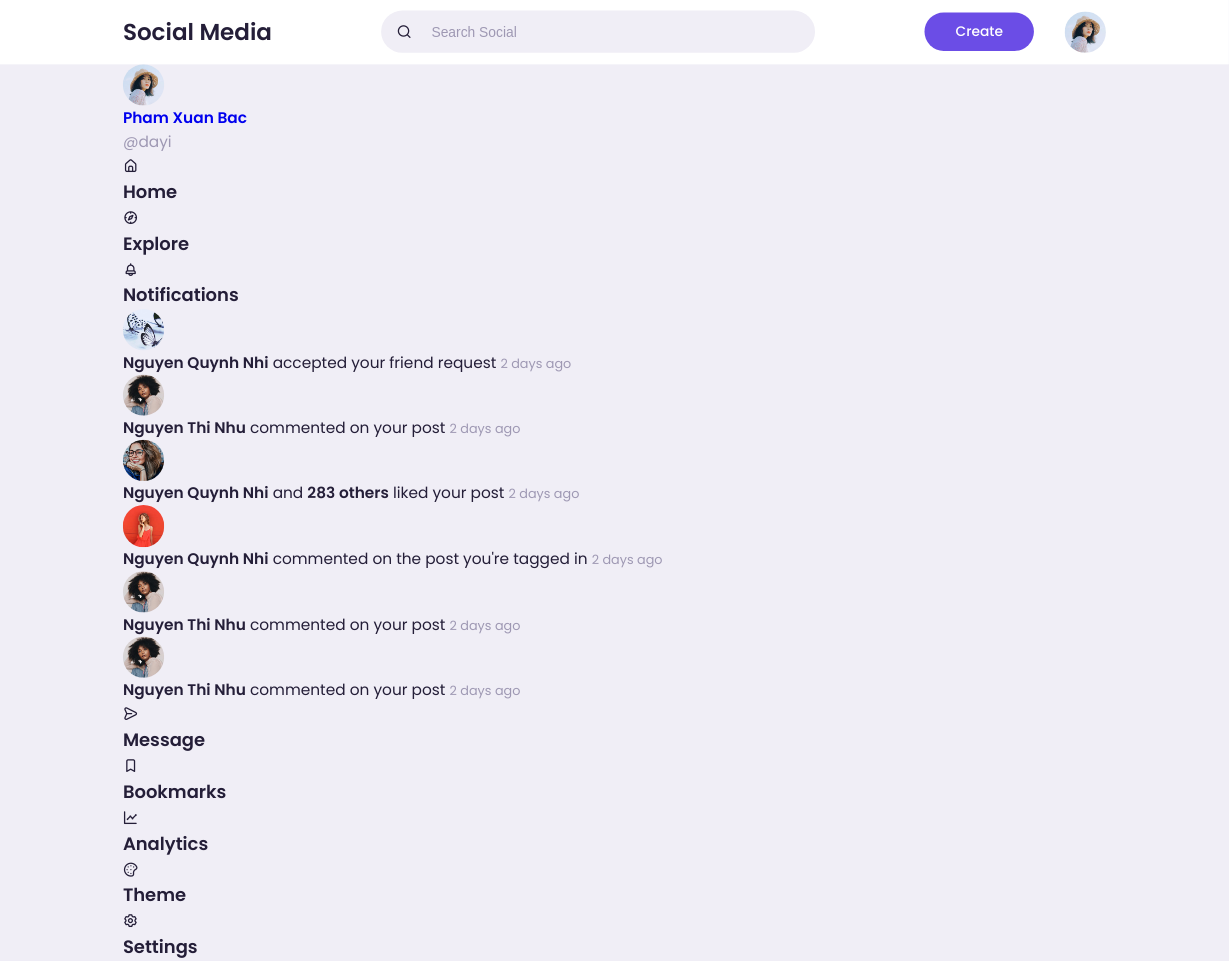
Repository: northpx/socialMedia
Page: index.html
An editor plug-in stored every save of this project. The page is shown before and after a run of saves, followed by the edit.
The browser window is 1280 px wide. The pictures show the whole page, at 96% of full size.

Above is the page before, as saved 2023-03-07 17:10:05.

### index.html
<!DOCTYPE html>
<html lang="en">
<head>
    <meta charset="UTF-8">
    <meta http-equiv="X-UA-Compatible" content="IE=edge">
    <meta name="viewport" content="width=device-width, initial-scale=1.0">
    <link rel="stylesheet" href="/css/style.css">
    <link rel="stylesheet" href="https://unicons.iconscout.com/release/v4.0.0/css/line.css">
    <title>Social Media</title>
</head>
<body>
    <nav>
        <div class="container">
            <h2 class="logo">
                Social Media
            </h2>
            <div class="search-bar">
                <i class="uil uil-search"></i>
                <input type="search" placeholder="Search Social">
            </div>
            <div class="create">
                <label for="create-post" class="btn btn-primary">Create</label>
                <div class="profile-picture">
                    <img src="./images/profile-1.jpg" alt="">
                </div>
            </div>
        </div>
    </nav>

    <main>
        <div class="container">
            <!-- ===========LEFT================ -->
            <div class="left">
                <a href="#" class="profile">
                    <div class="profile-picture">
                        <img src="./images/profile-1.jpg" alt="">
                    </div>
                    <div class="handle">
                        <h4>Pham Xuan Bac</h4>
                        <p class="text-muted">
                            @dayi
                        </p>
                    </div>
                </a>
                <!-- =================SIDEBAR=========== -->
                <div class="sidebar">
                    <a class="menu-item active">
                        <span><i class="uil uil-estate"></i></span><h3>Home</h3>
                    </a>
                    <a class="menu-item">
                        <span><i class="uil uil-compass"></i></span><h3>Explore</h3>
                    </a>
                    <a class="menu-item">
                        <span><i class="uil uil-bell"></i></span><h3>Notifications</h3>
                        <!-- -----notification popup----- -->
                        <div class="notification-popup">
                            <div>
                                <div class="profile-picture">
                                    <img src="./images/profile-2.jpg" alt="">
                                </div>
                                <div class="notification-body">
                                    <b>Nguyen Quynh Nhi</b> accepted your friend request
                                    <small class="text-muted">2 days ago</small>
                                </div>
                            </div>
                            <div>
                                <div class="profile-picture">
                                    <img src="./images/profile-3.jpg" alt="">
                                </div>
                                <div class="notification-body">
                                    <b>Nguyen Thi Nhu</b> commented on your post
                                    <small class="text-muted">2 days ago</small>
                                </div>
                            </div>
                            <div>
                                <div class="profile-picture">
                                    <img src="./images/profile-4.jpg" alt="">
                                </div>
                                <div class="notification-body">
                                    <b>Nguyen Quynh Nhi</b> and <b>283 others</b> liked your post
                                    <small class="text-muted">2 days ago</small>
                                </div>
                            </div>
                            <div>
                                <div class="profile-picture">
                                    <img src="./images/profile-5.jpg" alt="">
                                </div>
                                <div class="notification-body">
                                    <b>Nguyen Quynh Nhi</b> commented on the post you're tagged in
                                    <small class="text-muted">2 days ago</small>
                                </div>
                            </div>
                            <div>
                                <div class="profile-picture">
                                    <img src="./images/profile-3.jpg" alt="">
                                </div>
                                <div class="notification-body">
                                    <b>Nguyen Thi Nhu</b> commented on your post
                                    <small class="text-muted">2 days ago</small>
                                </div>
                            </div>
                            <div>
                                <div class="profile-picture">
                                    <img src="./images/profile-3.jpg" alt="">
                                </div>
                                <div class="notification-body">
                                    <b>Nguyen Thi Nhu</b> commented on your post
                                    <small class="text-muted">2 days ago</small>
                                </div>
                            </div>
                        </div>
                    </a>
                    <a class="menu-item">
                        <span><i class="uil uil-message"></i></span><h3>Message</h3>
                    </a>
                    <a class="menu-item">
                        <span><i class="uil uil-bookmark"></i></span><h3>Bookmarks</h3>
                    </a>
                    <a class="menu-item">
                        <span><i class="uil uil-chart-line"></i></span><h3>Analytics</h3>
                    </a>
                    <a class="menu-item">
                        <span><i class="uil uil-palette"></i></span><h3>Theme</h3>
                    </a>
                    <a class="menu-item">
                        <span><i class="uil uil-setting"></i></span><h3>Settings</h3>
                    </a>
                </div>
            </div>
            <!-- ===============MIDDLE============== -->
            <div class="middle">

            </div>
            <!-- ==============RIGHT============== -->
            <div class="right">

            </div>
        </div>
    </main>
</body>
</html>

### css/style.css
@import url("https://fonts.googleapis.com/css2?family=Poppins:ital,wght@0,400;0,500;0,600;1,400;1,500;1,600&family=Roboto:ital,wght@0,100;0,300;0,400;0,500;0,700;0,900;1,100;1,300;1,400;1,500;1,700;1,900&display=swap");
:root {
  --color-white: hsl(252,30%,100%);
  --color-light: hsl(252,30%,95%);
  --color-gray: hsl(252,15%,65%);
  --color-primary: hsl(252,75%,60%);
  --color-secondary: hsl(252,100%,90%);
  --color-success: hsl(120,95%,65%);
  --color-danger: hsl(0,95%,65%);
  --color-dark: hsl(252,30%,17%);
  --color-black: hsl(252,30%,10%);
  --border-radius: 2rem;
  --card-border-radius: 1rem;
  --btn-padding: 0.6rem 2rem;
  --search-padding: 0.6rem 1rem;
  --card-padding: 1rem;
  --sticky-top-left: 5.4rem;
  --sticky-top-right: -18rem;
}

*, *::before, *::after {
  margin: 0;
  padding: 0;
  outline: 0;
  box-sizing: border-box;
  text-decoration: none;
  list-style: none;
  border: none;
}

body {
  font-family: "Poppins", sans-serif;
  color: var(--color-dark);
  background: var(--color-light);
  overflow-x: hidden;
}

.container{
    width: 80%;
    margin: 0 auto;
}

.profile-picture{
    width: 2.7rem;
    aspect-ratio: 1/1;
    border-radius: 50%;
    overflow: hidden;
}

img{
    display: block;
    width: 100%;
}

.btn{
    display:  inline-block;
    padding: var(--btn-padding);
    font-weight: 500;
    border-radius: var(--border-radius);
    cursor: pointer;
    transition: all .3s ease;
    font-size: 0.9rem;
}

.btn:hover{
    opacity: 0.8;
}

.btn-primary{
    background: var(--color-primary);
    color: white;
}

.text-bold{
    font-weight: 500;
}

.text-muted{
    color: var(--color-gray);
}

nav{
    width: 100%;
    background: var(--color-white);
    padding: 0.7rem 0;
    top: 0;
    z-index: 10;
}

nav .container{
    display: flex;
    align-items: center;
    justify-content: space-between;
}

nav .search-bar{
    background: var(--color-light);
    border-radius: var(--border-radius);
    padding: var(--search-padding);
}

nav .search-bar input[type="search"]{
    background: transparent;
    width: 30vw;
    margin-left: 1rem;
    font-size: 0.9rem;
    color: var(--color-dark);
}

nav .search-bar input[type="search"]::placeholder{
    color: var(--color-gray);

}

nav .create{
    display: flex;
    align-items: center;
    gap: 2rem;
}

After the next 2 saves:
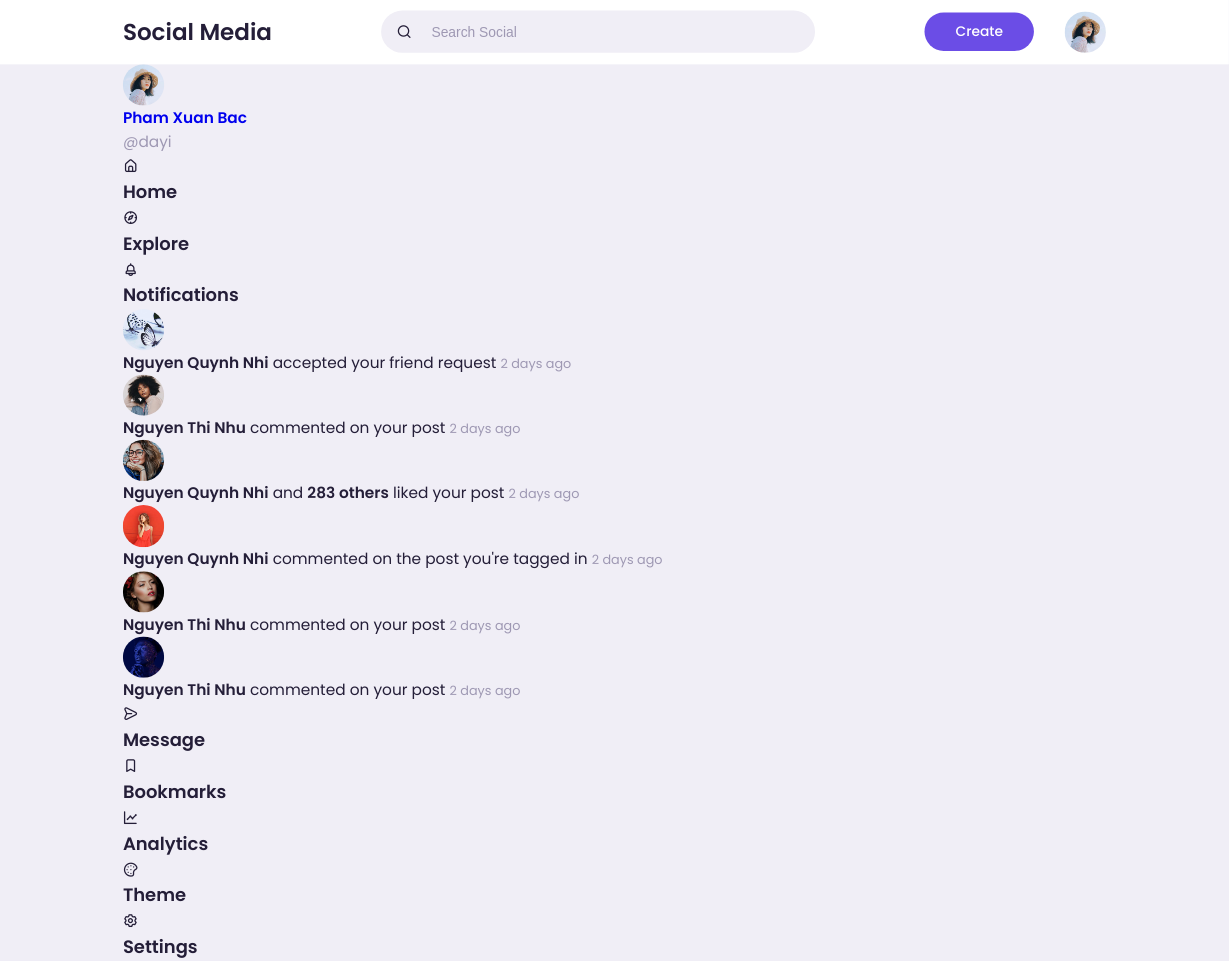
The 2 saves are shown as one change because they came seconds apart.
The last was saved 9 s later.
--- a/index.html
+++ b/index.html
@@ -92,7 +92,7 @@
                             </div>
                             <div>
                                 <div class="profile-picture">
-                                    <img src="./images/profile-3.jpg" alt="">
+                                    <img src="./images/profile-6.jpg" alt="">
                                 </div>
                                 <div class="notification-body">
                                     <b>Nguyen Thi Nhu</b> commented on your post
@@ -101,7 +101,7 @@
                             </div>
                             <div>
                                 <div class="profile-picture">
-                                    <img src="./images/profile-3.jpg" alt="">
+                                    <img src="./images/profile-7.jpg" alt="">
                                 </div>
                                 <div class="notification-body">
                                     <b>Nguyen Thi Nhu</b> commented on your post
